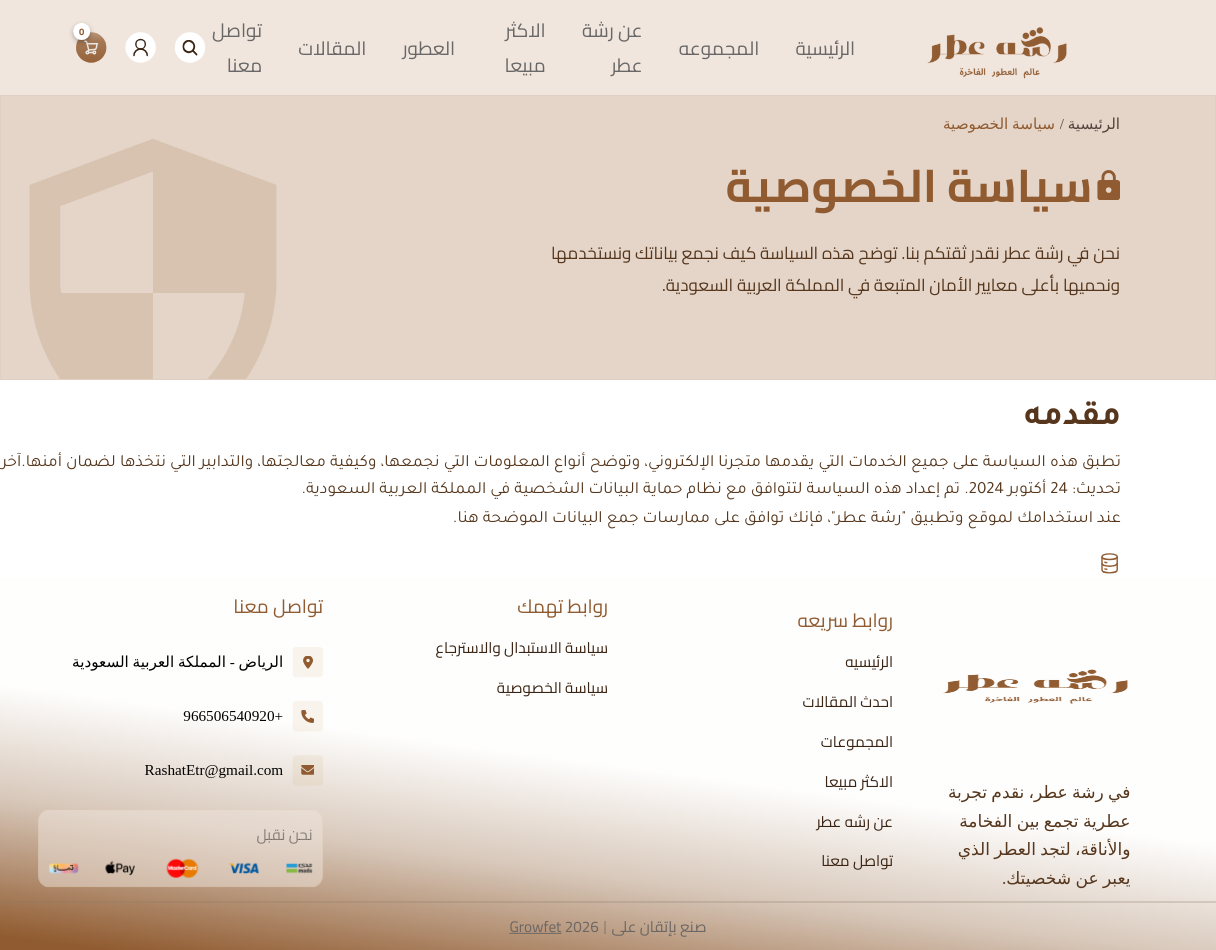
Repository: mahmoudesh74/rashet-3tr
Page: /PrivacyPolicyPage
These files come from the project's save history. The page is drawn as it stood at one moment and after the next save; the edit follows.
The browser window is 1280 px wide. The pictures show the whole page, at 95% of full size.
Some web fonts or font styles are not loaded; a fallback is used. The project was rebuilt for these pictures with package versions that can differ from the ones it lists, and the page was loaded fresh each time. Also part of the build but not shown: vite.config.js, src/App.css, src/components/HeaderSection/Header.css, src/components/HeaderSection/Header.jsx, src/components/GroupSection/GroupSection.css, src/components/GroupSection/GroupSection.jsx, src/components/AboutSection/AboutSection.css, src/components/AboutSection/AboutSection.jsx and 17 more. Imported but missing from the stored project, and not drawn on this page: src/assets/vedio.mp4.

Above is the page before, as saved 2026-09-23 11:44:14.

After the next save:
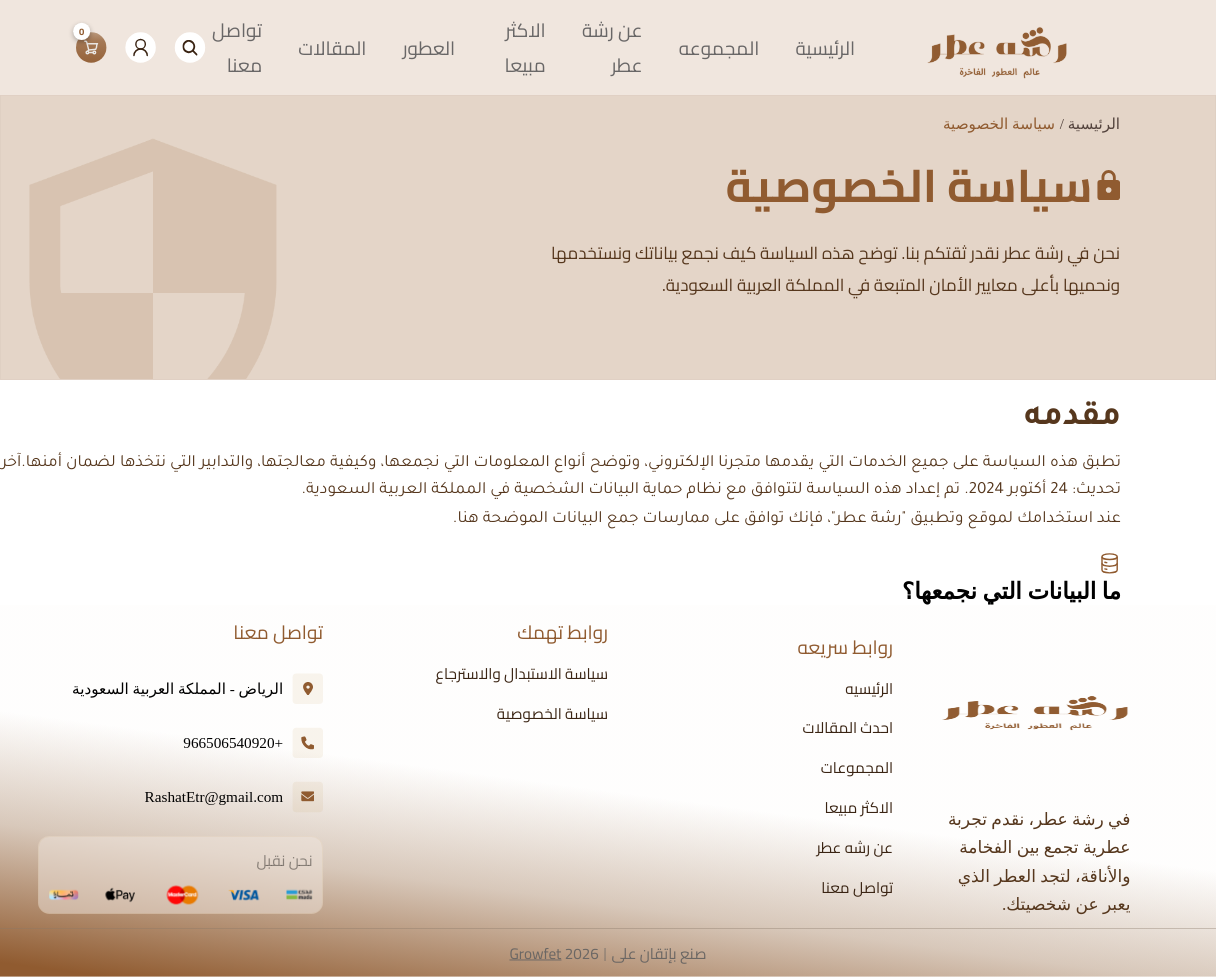
Saved 24 s later.
--- a/src/pages/PrivacyPolicy/privacyPolicy.jsx
+++ b/src/pages/PrivacyPolicy/privacyPolicy.jsx
@@ -38,6 +38,7 @@
       <div className="dataCollected">
         <div className="Database">
           <img src={database} alt="" />
+          <h2>ما البيانات التي نجمعها؟</h2>
         </div>
       </div>
     </div>

After the 4 saves that followed:
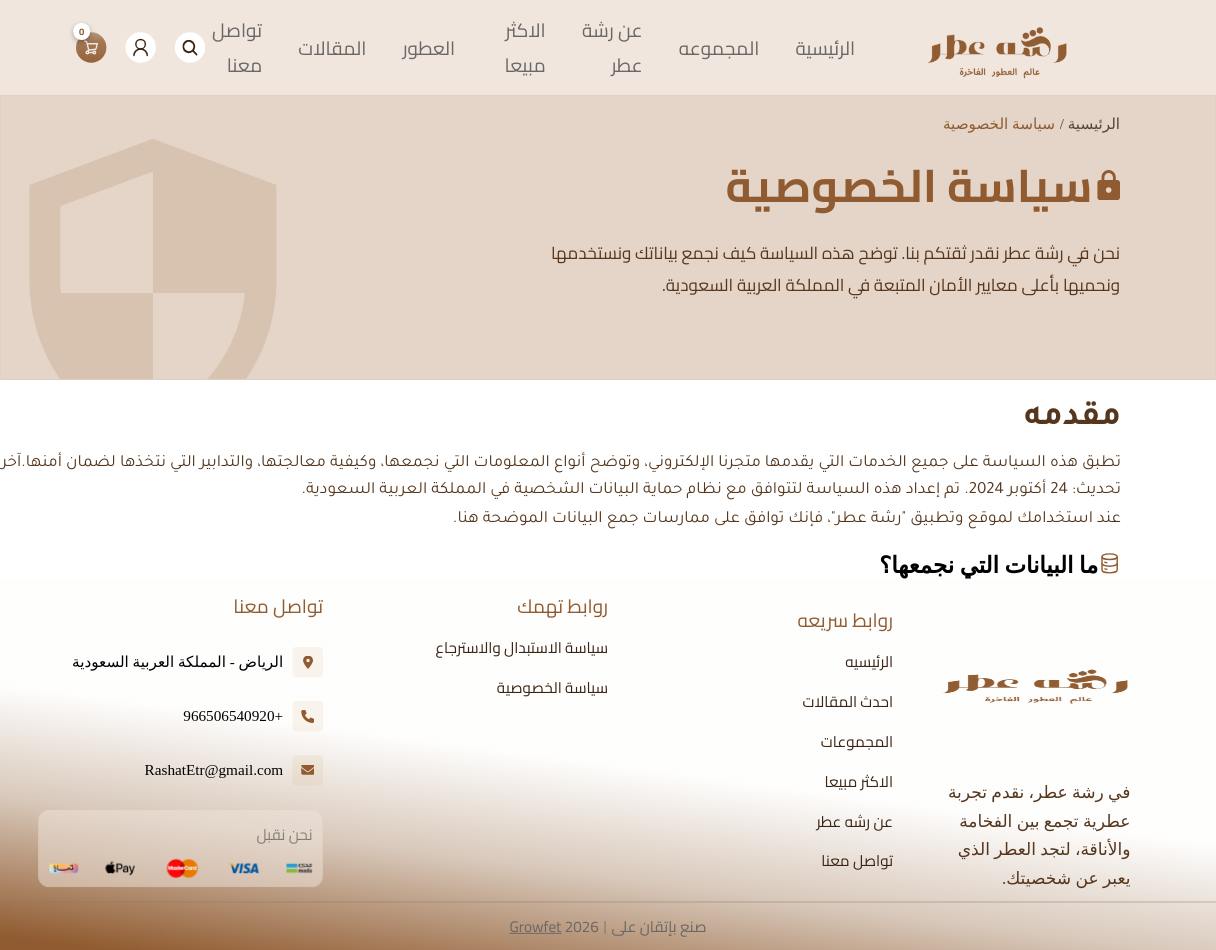
The 4 saves are shown as one change because 3 left the picture as it was.
The last was saved 3 min 56 s later.
--- a/src/pages/PrivacyPolicy/privacyPolicy.jsx
+++ b/src/pages/PrivacyPolicy/privacyPolicy.jsx
@@ -37,8 +37,11 @@
       </div>
       <div className="dataCollected">
         <div className="Database">
+          <div className="DatabaseImg">
           <img src={database} alt="" />
-          <h2>ما البيانات التي نجمعها؟</h2>
+
+          </div>
+         <div className="DatabaseDes"> <h2>ما البيانات التي نجمعها؟</h2></div>
         </div>
       </div>
     </div>
--- a/src/pages/PrivacyPolicy/privacyPolicy.css
+++ b/src/pages/PrivacyPolicy/privacyPolicy.css
@@ -81,6 +81,12 @@ line-height: 29.25px;
 
 }
 .dataCollected{
+    width: 100%;
+    display: flex;
     padding-right:100px ;
     padding-top: 20px;
 }
+.Database{
+      width: 100%;
+    display: flex;
+}
